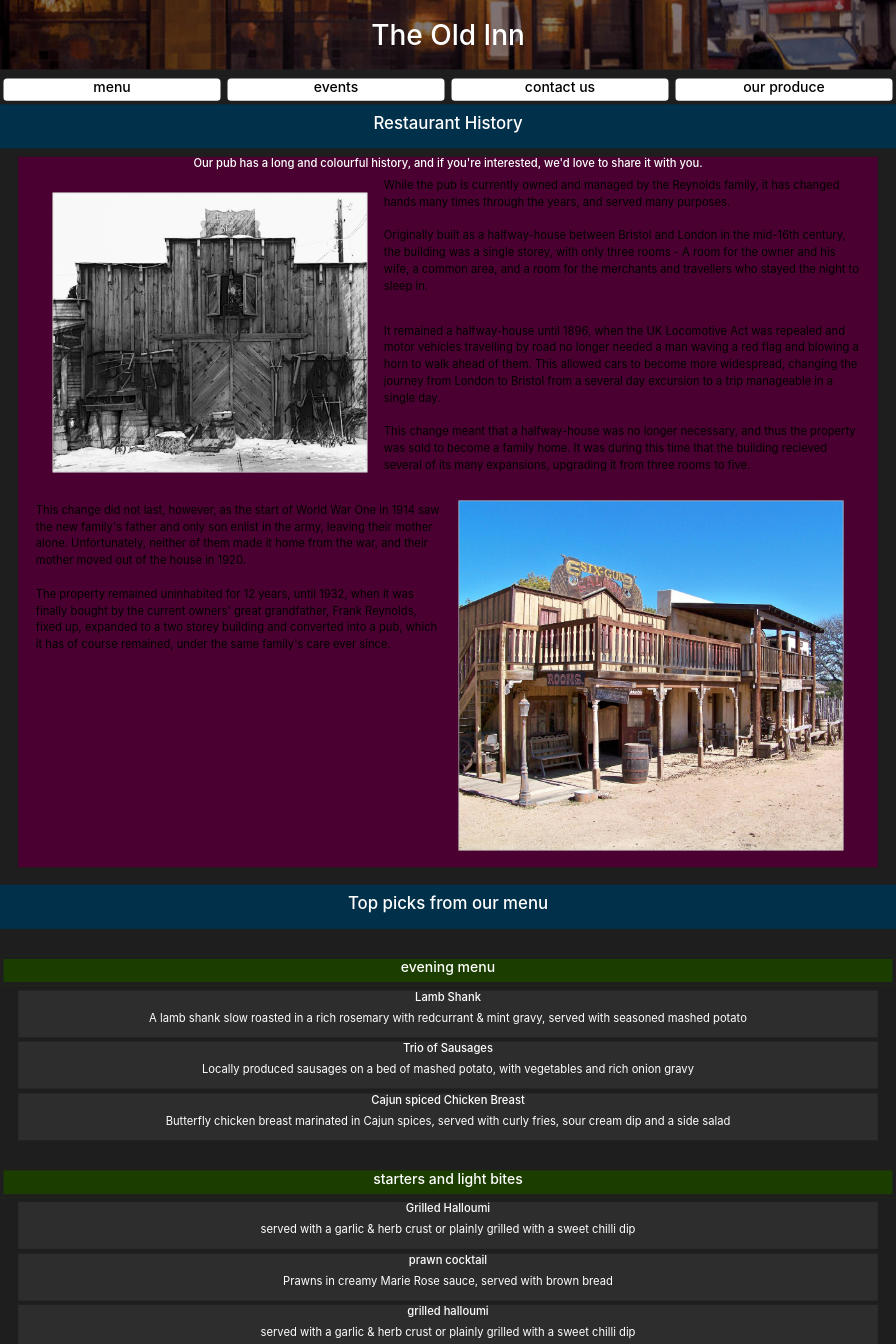
Repository: Code-Institute-Submissions/JamesLStudent-Milestone_One
Page: index.html
The author's editor kept a record of every edit. The page is drawn from the files as they stood at one moment, then again after the next edit.
The browser window is 1280 px wide. The pictures show the part of the page from y = 0 to 1920 px (the page is 3572 px tall), at 70% of full size.

Above is the page before.
Console error: TypeError: Cannot read properties of undefined (reading 'fn')

### index.html
<!DOCTYPE html>
<html lang="en">

<head>
    <meta charset="UTF-8">
    <meta name="viewport" content="width=device-width, initial-scale=1.0">
    <meta http-equiv="X-UA-Compatible" content="ie=edge">
    <title>Welcome to The Old Inn</title>
    <link href="Assets/main.css" rel="stylesheet" type="text/css" />
    <link rel="stylesheet" href="https://stackpath.bootstrapcdn.com/bootstrap/4.3.1/css/bootstrap.min.css" integrity="sha384-ggOyR0iXCbMQv3Xipma34MD+dH/1fQ784/j6cY/iJTQUOhcWr7x9JvoRxT2MZw1T" crossorigin="anonymous">
    <script src="https://stackpath.bootstrapcdn.com/bootstrap/4.3.1/js/bootstrap.min.js" integrity="sha384-JjSmVgyd0p3pXB1rRibZUAYoIIy6OrQ6VrjIEaFf/nJGzIxFDsf4x0xIM+B07jRM" crossorigin="anonymous"></script>
</head>

<body class="bg">
    <div class="index-h1-background">
        <h1>The Old Inn</h1>
    </div>
    <div class="dropdown-vis">
        <input id="check01" type="checkbox" name="menu" />
        <label class="black-text navigation-menu" for="check01"><h5>more info</h5></label>
        <ul class="submenu">
            <li>
                <a href="menu.html">
                    <div class="col-6 col-md-12 col-lg-3 navigation-item black-text">
                        <h5>menu</h5>
                    </div>
                </a>
                <a href="events.html">
                    <div class="col-6 col-md-12 col-lg-3 navigation-item black-text">
                        <h5>events</h5>
                    </div>
                </a>
                <a href="contacts.html">
                    <div class="col-12 col-md-12 col-lg-3 navigation-item black-text">
                        <h5>contact us</h5>
                    </div>
                </a>
                <a href="produce.html">
                    <div class="col-12 col-md-12 col-lg-3 navigation-item black-text">
                        <h5>our produce</h5>
                    </div>
                </a>
            </li>
        </ul>
    </div>
    <div class="desktop-nav">
        <a href="menu.html">
            <div class="col-6 col-md-12 col-lg-3 navigation-item black-text">
                <h5>menu</h5>
            </div>
        </a>
        <a href="events.html">
            <div class="col-6 col-md-12 col-lg-3 navigation-item black-text">
                <h5>events</h5>
            </div>
        </a>
        <a href="contacts.html">
            <div class="col-12 col-md-12 col-lg-3 navigation-item black-text">
                <h5>contact us</h5>
            </div>
        </a>
        <a href="produce.html">
            <div class="col-12 col-md-12 col-lg-3 navigation-item black-text">
                <h5>our produce</h5>
            </div>
        </a>
    </div>

    <div class="centerer">
        <div class="subtitle no-margin">
            <h4>Restaurant History</h4>
        </div>
        <div class="history">
            <h6 class="white-text">Our pub has a long and colourful history, and if you're interested, we'd love to share it with you.</h6>
            <div>
                <img class="history-img-one" />
                <p class="black-text left-align">
                    While the pub is currently owned and managed by the Reynolds family, it has changed hands many times through the years, and served many purposes.</br>
                    </br>
                    Originally built as a halfway-house between Bristol and London in the mid-16th century, the building was a single storey, with only three rooms - A room for the owner and his wife, a common area, and a room for the merchants and travellers who stayed
                    the night to sleep in.
                    </br>
                </p>
            </div>
            <p class="black-text left-align">
                </br>
                It remained a halfway-house until 1896, when the UK Locomotive Act was repealed and motor vehicles travelling by road no longer needed a man waving a red flag and blowing a horn to walk ahead of them. This allowed cars to become more widespread, changing
                the journey from London to Bristol from a several day excursion to a trip manageable in a single day.</br>
                </br>This change meant that a halfway-house was no longer necessary, and thus the property was sold to become a family home. It was during this time that the building recieved several of its many expansions, upgrading it from three rooms to
                five.
            </p>
            <img class="history-img-two" />
            <p class="black-text left-align">
                </br>This change did not last, however, as the start of World War One in 1914 saw the new family's father and only son enlist in the army, leaving their mother alone. Unfortunately, neither of them made it home from the war, and their mother
                moved out of the house in 1920.</br>
                </br>
                The property remained uninhabited for 12 years, until 1932, when it was finally bought by the current owners' great grandfather, Frank Reynolds, fixed up, expanded to a two storey building and converted into a pub, which it has of course remained, under
                the same family's care ever since.
            </p>
        </div>
        <div class="spacer"></div>
        <div class="subtitle">
            <h4>Top picks from our menu</h4>
        </div>
        <div class="title-link">
            <a class="no-deco" href="menu.html#evening">
                <h5 class="white-text">
                    evening menu
                </h5>
            </a>
        </div>
        <div class="alt-link">
            <h6>
                Lamb Shank
            </h6>
            <p>
                A lamb shank slow roasted in a rich rosemary with redcurrant & mint gravy, served with seasoned mashed potato
            </p>
        </div>
        <div class="alt-link">
            <h6>
                Trio of Sausages
            </h6>
            <p>
                Locally produced sausages on a bed of mashed potato, with vegetables and rich onion gravy
            </p>
        </div>
        <div class="alt-link">
            <h6>
                Cajun spiced Chicken Breast
            </h6>
            <p>
                Butterfly chicken breast marinated in Cajun spices, served with curly fries, sour cream dip and a side salad
            </p>
        </div>
        <div class="title-link">
            <a class="no-deco" href="menu.html#starters">
                <h5 class="white-text">
                    starters and light bites
                </h5>
            </a>
        </div>
        <div class="alt-link">
            <h6>
                Grilled Halloumi
            </h6>
            <p>
                served with a garlic & herb crust or plainly grilled with a sweet chilli dip
            </p>
        </div>
        <div class="alt-link">
            <h6>
                prawn cocktail
            </h6>
            <p>
                Prawns in creamy Marie Rose sauce, served with brown bread
            </p>
        </div>
        <div class="alt-link">
            <h6>
                grilled halloumi
            </h6>
            <p>
                served with a garlic & herb crust or plainly grilled with a sweet chilli dip
            </p>
        </div>
        <div class="title-link">
            <a class="no-deco" href="menu.html#sunday">
                <h5 class="white-text">
                    sunday menu
                </h5>
            </a>
        </div>
        <div class="alt-link">
            <h6>
                Roast Beef
            </h6>
            <p>
                Served with carrots, green beans, peas and broccoli, with or without beef gravy
            </p>
        </div>
        <div class="alt-link">
            <h6>
                Roast Chicken
            </h6>
            <p>
                Served with carrots, green beans, peas and broccoli, with or without chicken gravy
            </p>
        </div>
        <div class="alt-link">
            <h6>
                Roast Lamb
            </h6>
            <p>
                Served with carrots, green beans, peas and broccoli, with or without redcurrant and mint gravy
            </p>
        </div>
        <div class="title-link">
            <a class="no-deco" href="menu.html#vegan">
                <h5 class="white-text">
                    vegan/vegetarian options
                </h5>
            </a>
        </div>
        <div class="alt-link">
            <h6>
                Mixed Bean Chilli
            </h6>
            <p>
                Served with rice, salad, sour cream & tortilla chips
            </p>
        </div>
        <div class="alt-link">
            <h6>
                Roast Vegetable Wraps
            </h6>
            <p>
                Two flour tortillas filled with roasted vegetables in a fresh leek sauce, served with curly fries and optionally topped with melted stilton and served with sour cream
            </p>
        </div>
        <div class="alt-link">
            <h6>
                Old Inn Sweet Potato Burger
            </h6>
            <p>
                In a Brioche Bun on a bed of gem lettuce & tomato, served with chips, onion rings, side salad and tomato relish, melted mozarella is optional</div>
        </p>
        <div class="title-link">
            <a class="no-deco" href="menu.html#specials">
                <h5 class="white-text">
                    specials this week
                </h5>
            </a>
        </div>
        <div class="alt-link">
            <h6>
                Chicken Breast Stuffed with Tomato and Mozarella
            </h6>
            <p>
                Served with a warm basil dressing, ratatouille & new
            </p>
        </div>
        <div class="alt-link">
            <h6>
                Deep Fried Garlic Cauliflower Balls
            </h6>
            <p>
                Served with garlic parsley vegan mayo
            </p>
        </div>
        <div class="alt-link">
            <h6>
                Wild Mushroom, Leek & Parmesan Risotto
            </h6>
        </div>
        <div class="title-link">
            <a class="no-deco" href="menu.html#drinks">
                <h5 class="white-text">
                    drinks
                </h5>
            </a>
        </div>
        <div class="alt-link">
            <h6>
                Punk IPA
            </h6>
            <p>
                Light gold in colour, a perfect match for spicy food or an excellent compliment to a blue cheese
            </p>
        </div>
        <div class="alt-link">
            <h6>
                Doombar bitter
            </h6>
            <p>
                A creamy, nutty malt with a dry finish.
            </p>
        </div>
        <div class="alt-link">
            <h6>
                Gem amber ale
            </h6>
            <p>
                A creamy, nutty malt with a dry finish
            </p>
        </div>
        <footer>
            <div class="footer">
                <div class="col-12 footer-div text-muted">
                    <h5>contact</h5>
                </div>
                <div class="col-12 col-md-6 col-lg-8 left footer-div text-muted left-align">
                    <h6>opening times</h6>
                    <p class="left-align">
                        </br>
                        Mon - Thu: 11:00 - 23:00</br>
                        Fri - Sat: 11:00 - 00:00</br>
                        Sun: 12:00 - 22:30</br>
                        </br>
                    </p>
                    <h6>food served</h6>
                    <p class="left-align">
                        </br>
                        Mon - Fri: 12:00 - 14:30, 17:00 - 21:00</br>
                        Sat: 12:00 - 21:00</br>
                        Sun: 12:00 - 15:00, 17:30 - 20:00</p>
                </div>
                <div class="col-12 col-md-6 col-lg-4 left footer-div text-muted left-align">
                    <h6>contact details</h6>
                    <p class="left-align">
                        </br>Fake Street, Coalpit Heath, Bristol, FA73 0NE</br>01454 123456</br>
                        info@oldinncoalpitheath.co.uk</p>
                    <h6>
                        </br>follow us</h6>
                    <p>
                        </br>facebook link</p>
                </div>
            </div>
        </footer>
    </div>
</body>

</html>

### Assets/main.css
/*----------------- STYLES APPEARING ON MULTIPLE PAGES -----------------*/

.bg {
    position: absolute;
    top: 0;
    left: 0;
    bottom: 0;
    right: 0;
    display: block;
    background-color: #1e1e1e;
}

h1 {
    text-align: center;
    min-height: 40px;
    height: auto;
    padding: 2% 0 2% 0;
    color: #FFFFFF;
    background: rgba(0, 0, 0, 0.5);
}

.subtitle {
    text-align: center;
    padding: 3% 0 3% 0;
    margin: 5% 0 0 0;
    display: inline-block;
    width: 100%;
    min-height: 15px;
    height: auto;
    background-color: #00304A;
    color: #FFFFFF;
}

.sub-box {
    background-color: #1B3E00;
    height: auto;
    border: 5px solid #1e1e1e;
    line-height: 100%;
    margin-top: 3%;
    min-height: 6%;
    height: auto;
    color: #FFFFFF;
    text-decoration: none;
}

.black-text {
    color: black;
}

.white-text {
    color: #FFFFFF;
}

footer {
    min-height: 20%;
    height: auto;
    display: block;
    bottom: 0;
    position: relative;
}

.footer {
    display: inline-block;
    margin-top: 5%;
    width: 100%;
    min-height: 100%;
    height: auto;
    background-color: #141414;
}

.centerer {
    height: 100%;
    text-align: center;
}

.left {
    float: left;
}

.right {
    float: right;
}

.clear {
    padding: 0;
    margin: 0;
}

.footer-div {
    padding: 2%;
}

.left-align {
    text-align: left;
}

.inline {
    display: inline-block;
}

.no-deco {
    text-decoration: none;
}

.no-deco:hover {
    text-decoration: none;
}

/*----------------- MAIN NAV ITEM -----------------*/

ul {
    list-style: none;
    padding: 0;
}

.navigation-item {
    background-color: #FFFFFF;
    float: left;
    text-align: center;
    border-radius: 10px;
    border: 5px solid #1e1e1e;
}

.navigation-item:hover {
    text-decoration: none;
    background-color: #383838;
    color: #FFFFFF;
}

.navigation-menu {
    background-color: #FFFFFF;
    text-align: center;
    border-radius: 10px;
    border: 5px solid #1e1e1e;
    width: 90%;
    margin: 0 5% 0 5%;
}

.no-margin {
    margin-top: 0 !important;
}

.desktop-nav {
    display: none;
}

.navigation-menu:hover {
    text-decoration: none;
    background-color: #383838;
    color: #FFFFFF;
}

input {
    display: none;
}

ul.submenu {
    max-height: 0;
    overflow: hidden;
}

label {
    position: relative;
    display: block;
    cursor: pointer;
}

input:checked~ul.submenu {
    max-height: 300px;
}

/*----------------- HOMEPAGE STYLE -----------------*/

.history {
    margin: 5% 2% 0 2%;
    display: inline-block;
    text-align: center;
    width: 96%;
    min-height: 50%;
    height: auto;
    background-color: #4A0030;
    padding: 0 2% 0 2%;
}

.alt-link {
    margin: 1% 2% 0% 2%;
    display: inline-block;
    text-align: center;
    width: 96%;
    min-height: 5%;
    height: auto;
    background-color: #2D2D2D;
    color: #FFFFFF;
}

.title-link {
    background-color: #1B3E00;
    height: auto;
    border: 5px solid #1e1e1e;
    line-height: 100%;
    margin-top: 3%;
    min-height: 6%;
    color: #FFFFFF;
    text-decoration: none;
}

.title-link:hover {
    background-color: #1C3906;
    color: #FFFFFF;
    text-decoration: none;
}

.index-h1-background {
    background-image: url("./images/index-h1.jpg");
    background-position: center;
    background-repeat: no-repeat;
    background-size: cover;
    min-height: auto;
}

.history-img-one {
    background-image: url("./images/history-1.jpg");
    background-position: center;
    background-repeat: no-repeat;
    background-size: cover;
    height: 200px;
    width: 250px;
}

.history-img-two {
    background-image: url("./images/history-2.jpg");
    background-position: center;
    background-repeat: no-repeat;
    background-size: cover;
    height: 200px;
    width: 250px;
}

/*----------------- MENU STYLE -----------------*/

.small-link {
    line-height: 100%;
    display: inline-block;
    text-align: center;
    height: auto;
    background-color: #4A0030;
    border-radius: 10px;
    border: 5px solid #1e1e1e;
    color: #FFFFFF;
}

.small-link:hover {
    text-decoration: none;
    color: #FFFFFF;
    background-color: #320121;
}

.food {
    width: 30%;
    float: left;
    padding: 0;
}

.food-desc {
    width: 50%;
    float: left;
    border-left: 1px solid white;
    border-right: 1px solid white;
}

.food-cost {
    width: 20%;
    float: left;
}

.vert-align {
    position: relative;
    top: 50%;
    transform: translateY(-50%);
}

.menu-h1-background {
    background-image: url("./images/menu-h1.jpg");
    background-position: center;
    background-repeat: no-repeat;
    background-size: cover;
    min-height: auto;
}

/*----------------- EVENTS STYLE -----------------*/

.img-text {
    background-color: #304A00;
    height: auto;
    border-bottom: 5px solid #1e1e1e;
    border-right: 5px solid #1e1e1e;
    border-left: 5px solid #1e1e1e;
    line-height: 100%;
}

.image {
    height: auto;
    width: 96%;
    margin: 2% 2% 0 2%;
    background-color: #FFFFFF;
    overflow: hidden;
}

.spacer {
    margin-top: 5%;
}

.events-h1-background {
    background-image: url("./images/events-h1.jpg");
    background-position: center;
    background-repeat: no-repeat;
    background-size: cover;
    min-height: auto;
}

.moth-day {
    background-image: url("./images/moth-day.jpg");
}

.fath-day {
    background-image: url("./images/fath-day.jpg");
}

.christmas {
    background-image: url("./images/christmas.png");
}

.easter {
    background-image: url("./images/easter.jpg");
}

.events-img {
    background-position: center;
    background-repeat: no-repeat;
    background-size: cover;
    height: 150px;
    width: 290px;
}

/*----------------- PRODUCE STYLE -----------------*/

.produce {
    padding: 0 3% 0 3%;
}

.produce-h1-background {
    background-image: url("./images/produce-h1.jpg");
    background-position: center;
    background-repeat: no-repeat;
    background-size: cover;
    min-height: auto;
}

/*----------------- CONTACTS STYLE -----------------*/

.contacts-h1-background {
    background-image: url("./images/contacts-h1.jpg");
    background-position: center;
    background-repeat: no-repeat;
    background-size: cover;
    min-height: auto;
}

.map {
    width: 90%;
    height: 85%;
    margin: 0 5% 0 5%;
}

/*----------------- TABLET MEDIA QUERIES -----------------*/

@media (min-width: 768px) {
    .footer {
        margin-top: 3%;
    }
    .history {
        margin-top: 3%;
    }
    .alt-link {
        margin-top: 1%;
    }
    .subtitle {
        margin-top: 2.5%;
        padding: 1% 0 1% 0;
    }
    .spacer {
        margin-top: 3%;
    }
    .sub-box {
        margin-top: 2%;
    }
    .history-img-one {
        height: 400px;
        width: 450px;
    }
    .history-img-two {
        height: 500px;
        width: 550px;
    }
    .events-img {
        height: 190px;
        width: 730px;
    }
}

/*----------------- DESKTOP MEDIA QUERIES -----------------*/

@media (min-width: 992px) {
    .desktop-nav {
        display: block;
    }
    .dropdown-vis {
        display: none;
    }
    .footer {
        margin-top: 2%;
    }
    .history {
        margin-top: 1%;
    }
    .alt-link {
        margin-top: 0.5%;
    }
    .subtitle {
        margin-top: 1%;
    }
    .spacer {
        margin-top: 1%;
    }
    .sub-box {
        margin-top: 0.5%;
    }
    .history-img-one {
        margin: 2% 2% 2% 2%;
        float: left;
    }
    .history-img-two {
        margin: 2% 2% 2% 2%;
        float: right;

    }
    .events-img {
        height: 230px;
        width: 1220px;
    }
}

After the next edit:
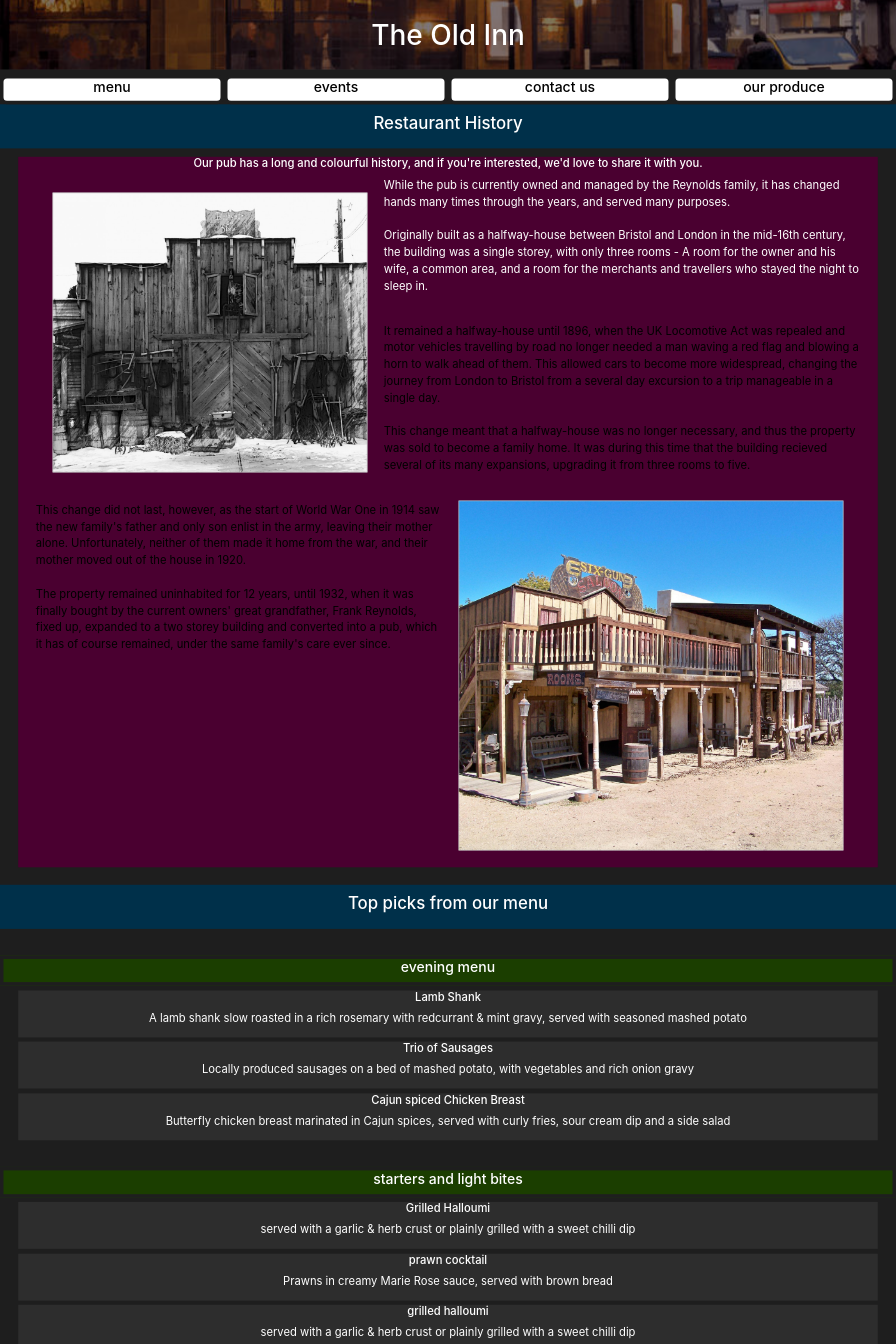
The edit:
--- a/index.html
+++ b/index.html
@@ -74,7 +74,7 @@
             <h6 class="white-text">Our pub has a long and colourful history, and if you're interested, we'd love to share it with you.</h6>
             <div>
                 <img class="history-img-one" />
-                <p class="black-text left-align">
+                <p class="white-text left-align">
                     While the pub is currently owned and managed by the Reynolds family, it has changed hands many times through the years, and served many purposes.</br>
                     </br>
                     Originally built as a halfway-house between Bristol and London in the mid-16th century, the building was a single storey, with only three rooms - A room for the owner and his wife, a common area, and a room for the merchants and travellers who stayed
